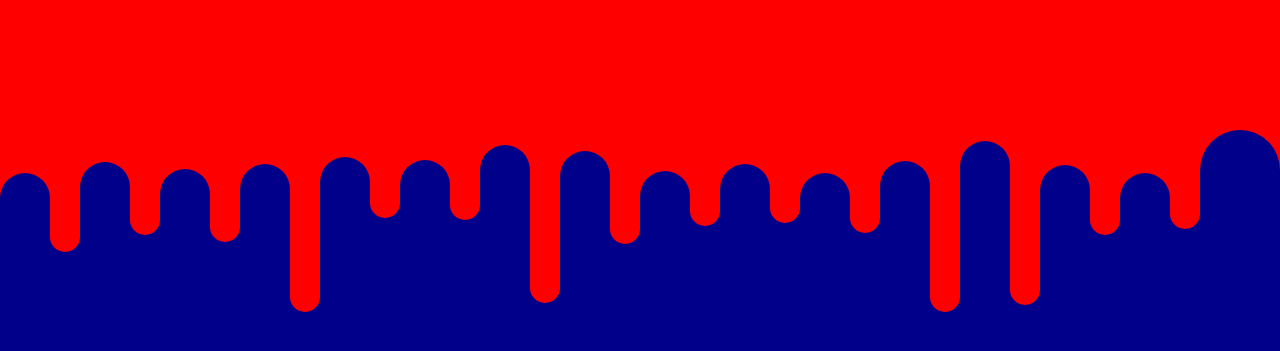
Repository: l-ollie/drip
Page: index.html
An editor plug-in stored every save of this project. The page is shown before and after the next save, followed by the edit.
The browser window is 1280 px wide. The pictures show the whole page.

Above is the page before, as saved 2022-06-30 18:37:22.

After the next save:
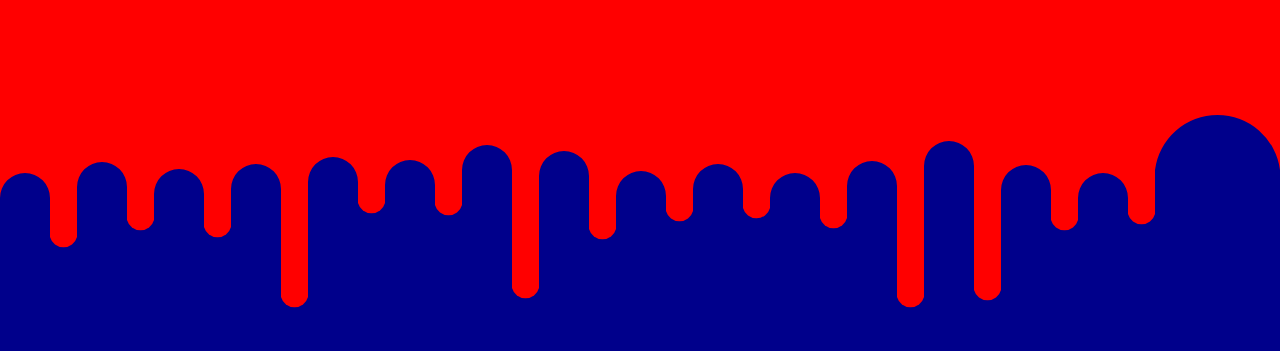
Saved 6 s later.
--- a/drip.js
+++ b/drip.js
@@ -32,7 +32,7 @@ function makeSVG() {
 		if (i % 2 !== 0) {
 			isLow = true;
 			arc = dripLow;
-			width = Math.round(width * 0.71);
+			width = Math.round(width * 0.65);
 			if (random > 40) random *= 2;
 			height = Math.ceil(height + random);
 		} else {
